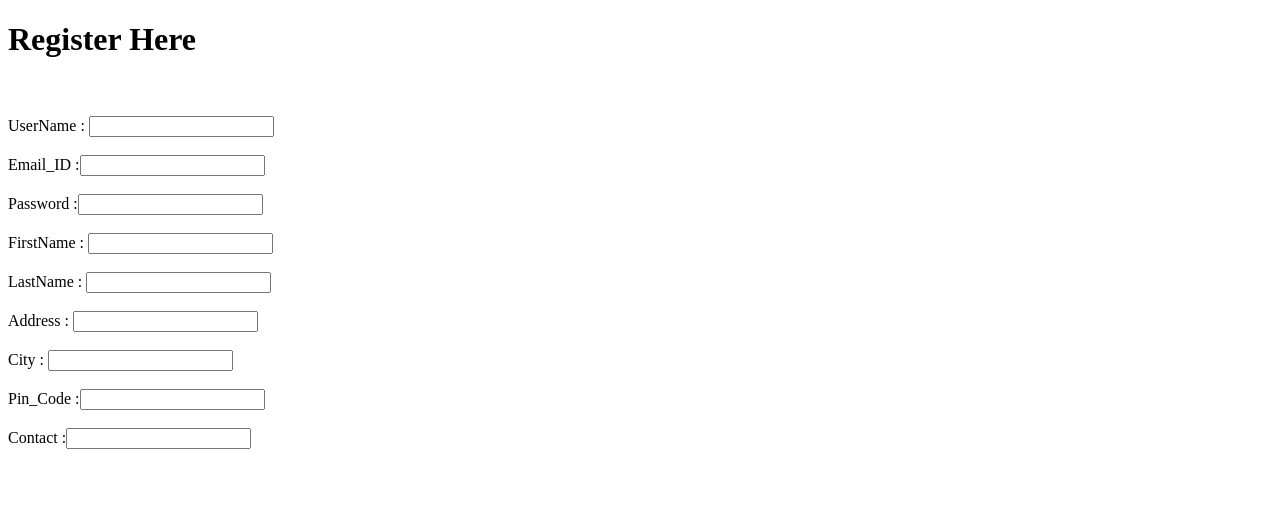
Repository: sunil965/JavaRepo
Page: WebProject/WebContent/registration.html
The author's editor kept a copy of each file at every save. The page is drawn from the files as they stood at one save, then again after the next save.
The browser window is 1280 px wide. The pictures show the whole page.

Above is the page before, as saved 2017-04-26 12:30:49.

After the next save:
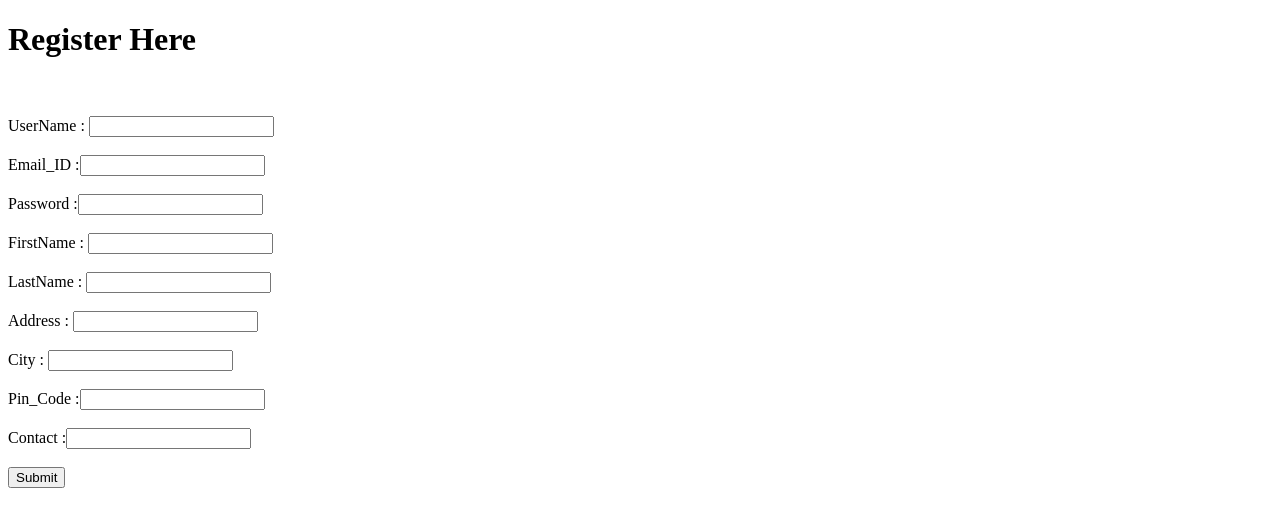
Saved 40 s later.
--- a/WebProject/WebContent/registration.html
+++ b/WebProject/WebContent/registration.html
@@ -17,6 +17,7 @@
 	 City : <input type="text" name="city"/><br><br>
 	 Pin_Code :<input type="text" name="state"/><br><br>
 	 Contact :<input type="text" name="contact"/><br><br>
+	 <input type="Submit">
 	</form>
 </div>
 
